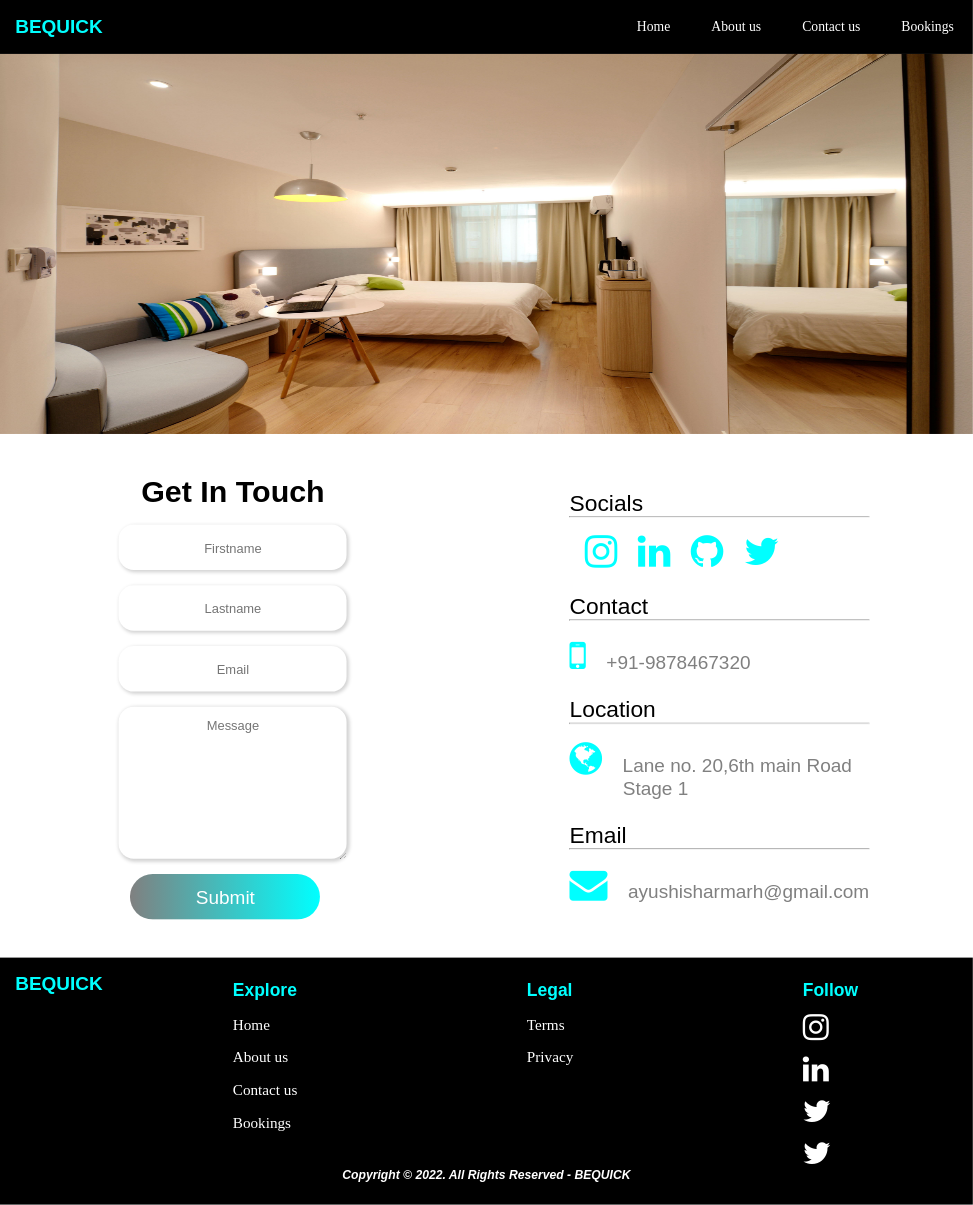
Repository: Ayushi6Sharma/BEQUICK_Hotel_Booking_Web
Page: about.html
The author's editor kept a copy of each file at every save. The page is drawn from the files as they stood at one save, then again after the next save.
The browser window is 1280 px wide. The pictures show the whole page, at 76% of full size.

Above is the page before, as saved 2022-05-10 01:38:25.

After the next save:
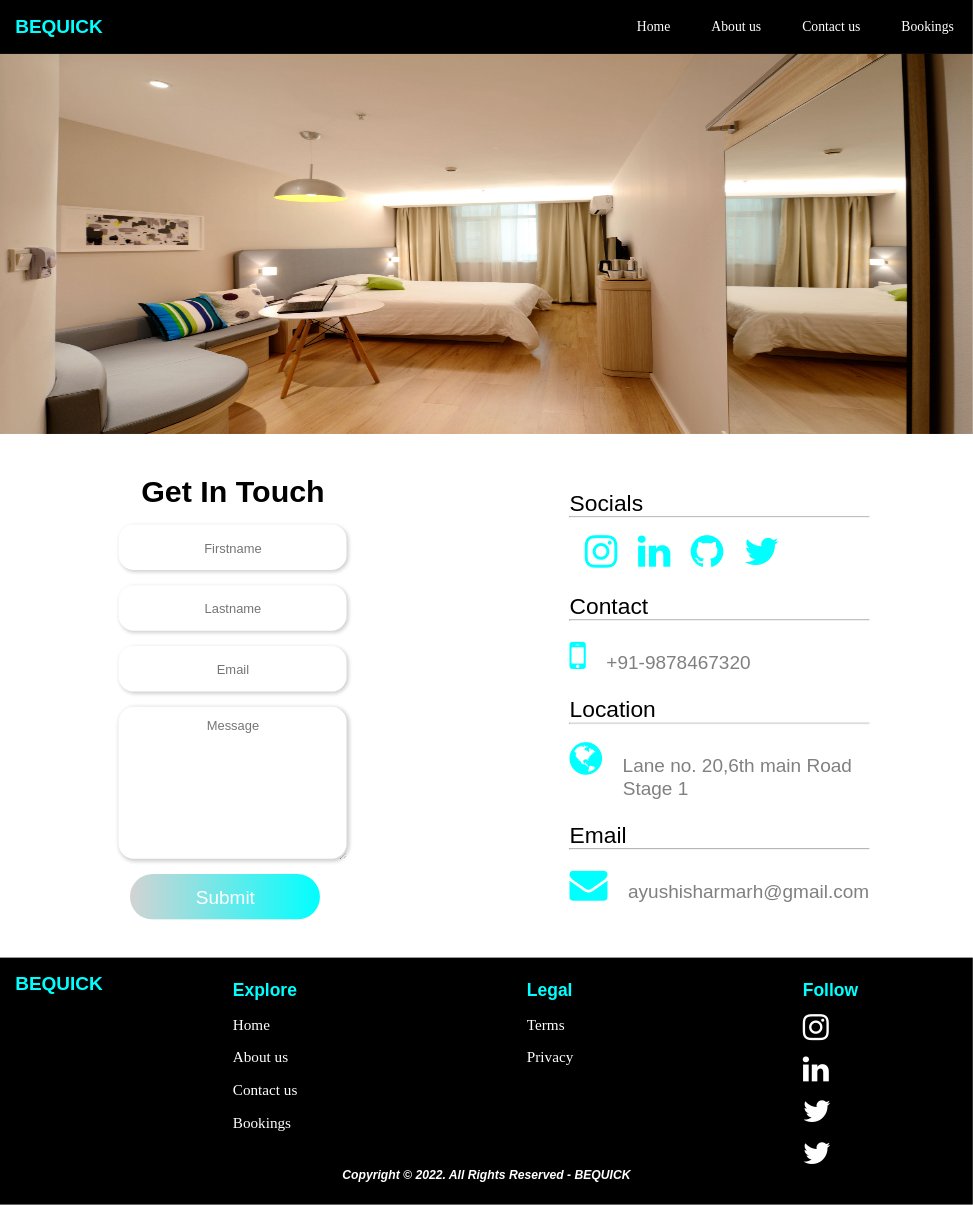
Saved 37 s later.
--- a/style/aboutstyle.css
+++ b/style/aboutstyle.css
@@ -51,7 +51,7 @@ textarea
 {
     width:250px;
     height: 60px;
-    background-image:linear-gradient(to right,grey,aqua);
+    background-image:linear-gradient(to right,lightgrey,aqua);
     color:white;
     border:none;
     border-radius: 40px;
